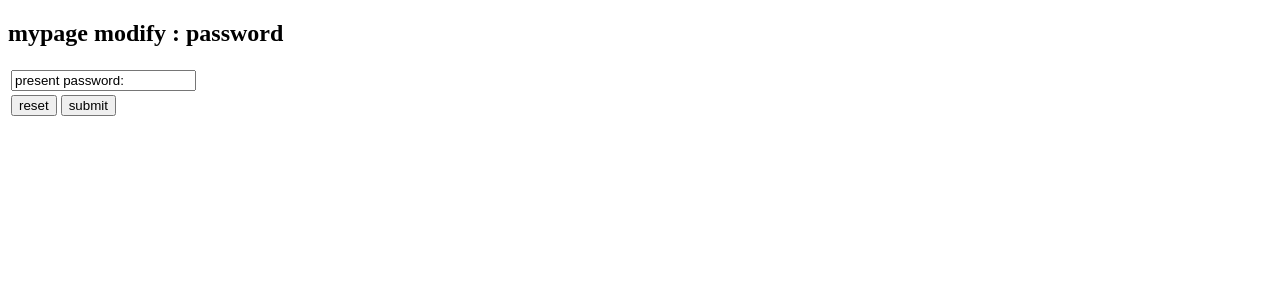
Repository: MIR013/KNU_DB_Project_Team5
Page: dbphase/Databaase/WebContent/my_page_passwd.html
These files come from the project's save history. The page is drawn as it stood at one moment and after the next save; the edit follows.
The browser window is 1280 px wide. The pictures show the whole page.

Above is the page before, as saved 2018-11-15 11:14:07.

### dbphase/Databaase/WebContent/my_page_passwd.html
<!DOCTYPE html>
<html>
<head>
<meta charset="UTF-8">
<title>Insert title here</title>
</head>
<body>
<h2>mypage modify : password</h2>

<form action="my_page_passed.jsp" method="POST">
	<table>
	<tr>
		<td> <input type="text" value="present password: " name="presentPwd" required/> </td>
	</tr>
	<tr>
		<td><input type="reset" value="reset"/> <input type="submit" value="submit"/> </td>
	</tr>

	</table>
</form>


</body>
</html>

After the next save:
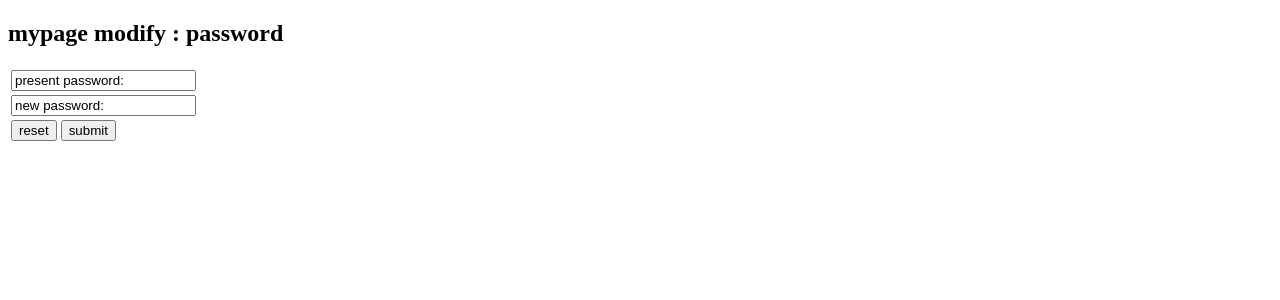
Saved 17 s later.
--- a/dbphase/Databaase/WebContent/my_page_passwd.html
+++ b/dbphase/Databaase/WebContent/my_page_passwd.html
@@ -13,6 +13,9 @@
 		<td> <input type="text" value="present password: " name="presentPwd" required/> </td>
 	</tr>
 	<tr>
+		<td> <input type="text" value="new password: " name="newPwd" required/> </td>
+	</tr>
+	<tr>
 		<td><input type="reset" value="reset"/> <input type="submit" value="submit"/> </td>
 	</tr>
 
